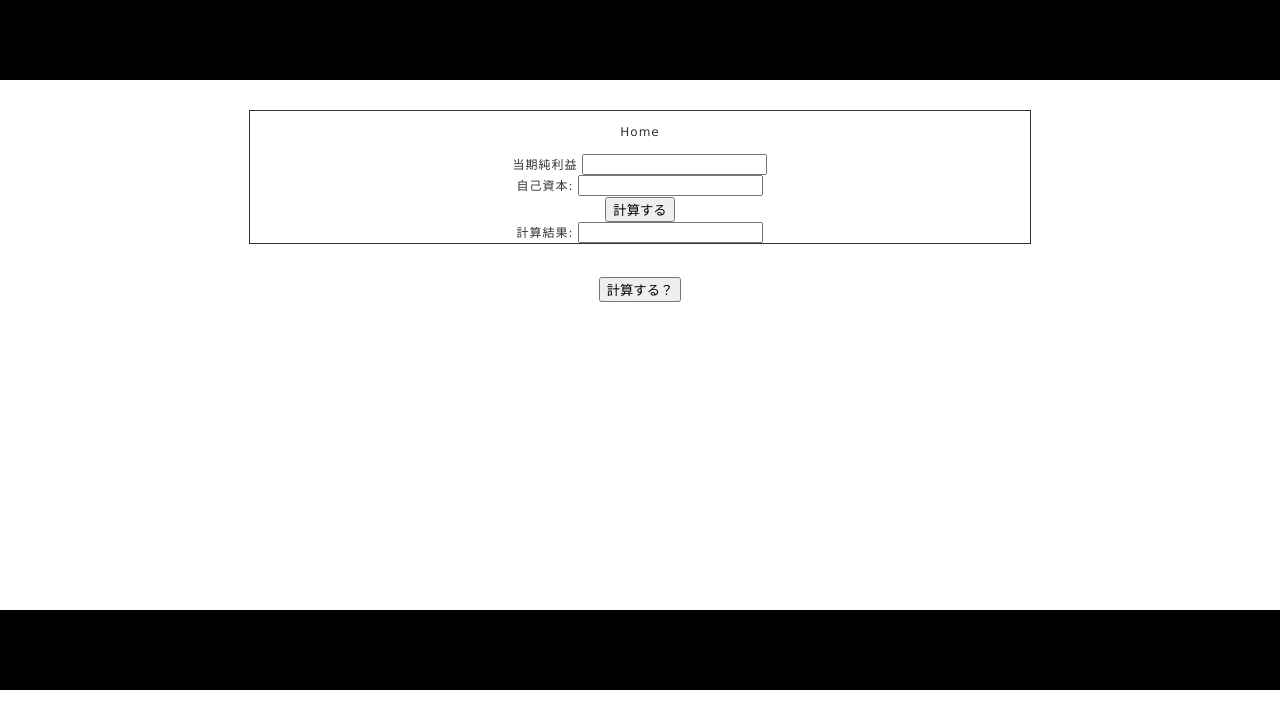
Repository: HattoriKotaro19920408/Keisanchan
Page: http://localhost/Keisanchan/
The author's editor kept a copy of each file at every save. The page is drawn from the files as they stood at one save, then again after the next save.
The browser window is 1280 px wide. The pictures show the whole page.
The page is served by Tomcat 9. Other server files are loaded and not shown.

Above is the page before, as saved 2018-08-16 04:11:56.

### Keisanchan/WebContent/home.jsp
<%@ page language="java" contentType="text/html; charset=UTF-8"
    pageEncoding="UTF-8"%>
<%@ taglib prefix="s" uri="/struts-tags" %>
<!DOCTYPE html PUBLIC "-//W3C//DTD HTML 4.01 Transitional//EN" "http://www.w3.org/TR/html4/loose.dtd">
<html>
<head>
<meta http-equiv="Content-Type" content="text/html; charset=utf-8" />
<meta http-equiv="Content-Style-Type" content="text/css" />
<meta http-equiv="Content-Script-Type" content="text/javascript" />
<meta http-equiv="imagetoolbar" content="no" />
<meta name="description" content="" />
<meta name="keywords" content="" />

<title>Home画面</title>
<style type="text/css">
   body{
      margin:0;
      padding:0;
      line-height:1.6;
      letter-spacing:1px;
      font-family:Verdana, Helvetica, sans-serif;
      font-size:12px;
      color:#333;
      background:#fff;
   }
   table{
     text-align:center;
     margin:o auto;
   }

   #top{
     width:780px;
     margin:30px auto;
     border:1px solid #333;
   }
   #header{
     width:100%;
     height:80px;
     background-color:black;
   }
   #main{
     width:100%;
     height:500px;
     text-align:center;
   }
   #footer{
     width:100%;
     height:80px;
     background-color:black;
     clear:both;
   }
   #text-center{
      display:inline-block;
      text-align:center;
   }
</style>
</head>
<body>
 <div id="header">
         <div id="pr">
         </div>
    </div>

    <div id="main">
         <div id="top">
              <p>Home</p>

<!--               <form oninput="document.getElementById('roe').value = -->
<!-- 					parseInt(document.getElementById('toki').value, 10) / -->
<!-- 					parseInt(document.getElementById('zikoshi').value, 10)"> -->
<!-- 					<p>当期純利益<input type="number" id="toki"><p/> -->
<!-- 					<br><p>自己資本<input type="number" id="zikoshi"></p> -->

<!-- 					<output for="toki zikoshi" id="roe">計算結果</output> -->
<!-- 					<output for="toki zikoshi" id="roe">計算結果</output> -->
<!-- 					<output for="toki zikoshi" id="roe">計算結果</output> -->
<!-- 					</form> -->
					<form>
        <label for="toki">当期純利益 </label>
        <input type="text" id="toki"><br>
        <label for="zikoshi">自己資本: </label>
        <input type="text" id="zikoshi">

        <br><button id="button">計算する</button>
    </form>

    <label for="roe">計算結果: </label>
    <input type="text" id="roe">


<script>

// ボタンの要素を取得
var button = document.getElementById("button");

// ボタンをクリックした時の処理
button.addEventListener("click", function(e) {

    e.preventDefault();

    // 2つの入力フォームの値を取得
    var toki = document.getElementById("toki").value;
    var zikoshi = document.getElementById("zikoshi").value;

    // 2つの数値を足す
    var sum = parseInt(toki, 10) + parseInt(zikoshi, 10);

    // 足し算の結果を別の入力フォームに表示
    var roe = document.getElementById("roe");
    roe.value = sum;
});

</script>


<!-- 					 <form ="KeisanAction"> -->


<!-- <p>当期純利益<input type="number" name="toki" value=""><p/> -->
<!-- <br><p>自己資本<input type="number" name="zikoshi" value=""></p> -->
<!-- <br><p>経常利益<input type="number" name="keijo" value=""></p> -->
<!-- <br><p>売上高<input type="number" name="uriage" value=""></p> -->
<!-- <br><p>売上総利益<input type="number" name="uriage_sori" value=""></p> -->
<!-- <br><p>営業利益<input type="number" name="eigyo" value=""></p> -->
<!-- <br><p>総資産<input type="number" name="total_assets" value=""></p> -->
<!-- <br><p>売上債権<input type="number" name="uriage_saiken" value=""></p> -->
<!-- <br><p>売上原価<input type="number" name="uriage_genka" value=""></p> -->
<!-- <br><p>棚卸資産<input type="number" name="tana" value=""></p> -->
<!-- <br><p>流動資産<input type="number" name="ryudo_assets" value=""></p> -->
<!-- <br><p>流動負債<input type="number" name="ryudo_fusai" value=""></p> -->
<!-- <br><p>固定資産<input type="number" name="kotei_assets" value=""></p> -->
<!-- <br><p>負債合計<input type="number" name="total_fusai" value=""></p> -->
<!-- </form> -->


         </div>

         <div id="text-center">
              <s:form action="HomeAction">
                      <s:submit value="計算する？"/>
              </s:form>
              <s:if test = "#session.id !=null">
                      <p>ログアウトする場合は<a href='<s:url action="LoginAction"/>'>こちら</a></p>
              </s:if>
         </div>
    </div>
    <div id="footer">
         <div id = "pr">
         </div>
    </div>

</body>
</html>

After the next save:
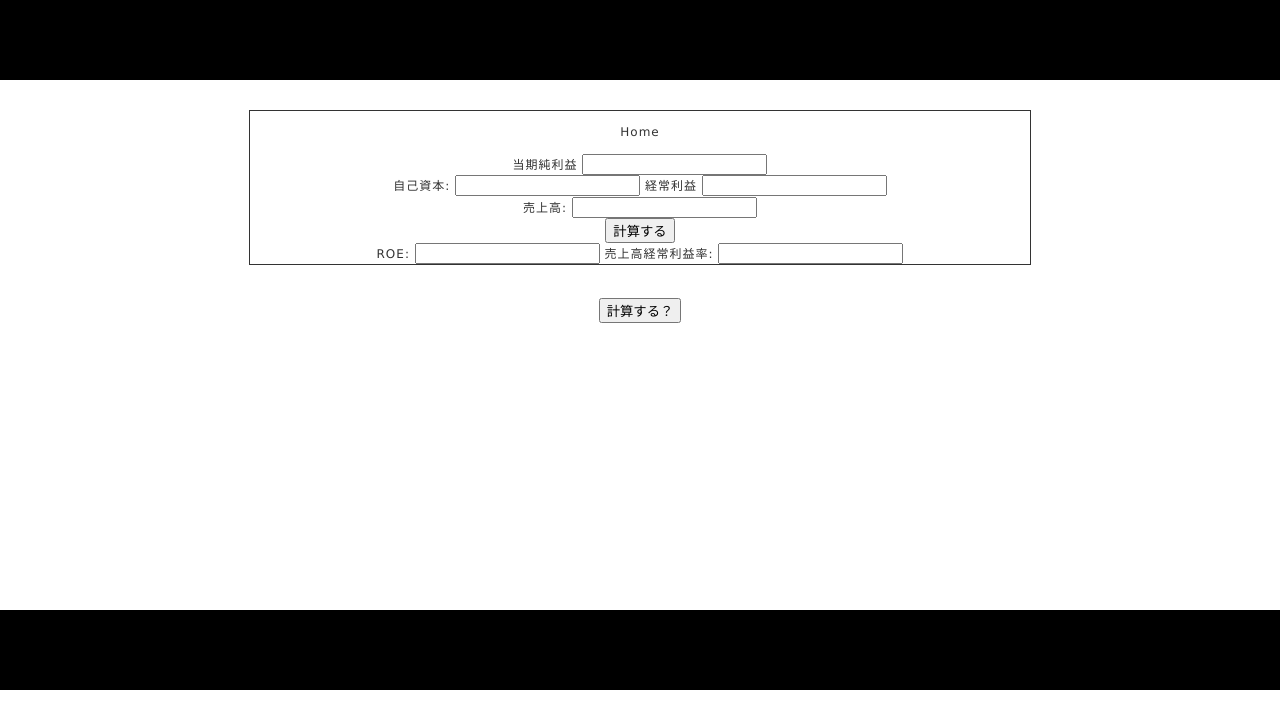
Saved 13 min 5 s later.
--- a/Keisanchan/WebContent/home.jsp
+++ b/Keisanchan/WebContent/home.jsp
@@ -75,17 +75,24 @@
 <!-- 					<output for="toki zikoshi" id="roe">計算結果</output> -->
 <!-- 					<output for="toki zikoshi" id="roe">計算結果</output> -->
 <!-- 					</form> -->
-					<form>
+	<form>
         <label for="toki">当期純利益 </label>
         <input type="text" id="toki"><br>
         <label for="zikoshi">自己資本: </label>
         <input type="text" id="zikoshi">
 
+         <label for="keijo">経常利益 </label>
+        <input type="text" id="keijo"><br>
+        <label for="uriage">売上高: </label>
+        <input type="text" id="uriage">
+
         <br><button id="button">計算する</button>
     </form>
 
-    <label for="roe">計算結果: </label>
+    <label for="roe">ROE: </label>
     <input type="text" id="roe">
+     <label for="uriage_keijo_ratio">売上高経常利益率: </label>
+    <input type="text" id="uriage_keijo_ratio">
 
 
 <script>
@@ -101,13 +108,19 @@
     // 2つの入力フォームの値を取得
     var toki = document.getElementById("toki").value;
     var zikoshi = document.getElementById("zikoshi").value;
+    var keijo = document.getElementById("keijo").value;
+    var uriage = document.getElementById("uriage").value;
 
     // 2つの数値を足す
     var sum = parseInt(toki, 10) + parseInt(zikoshi, 10);
+    var sum = parseInt(uriage, 10) / parseInt(keijo, 10);
 
     // 足し算の結果を別の入力フォームに表示
     var roe = document.getElementById("roe");
     roe.value = sum;
+
+    var uriage_keijo_ratio = document.getElementById("uriage_keijo_ratio");
+    uriage_keijo_ratio.value = sum;
 });
 
 </script>
